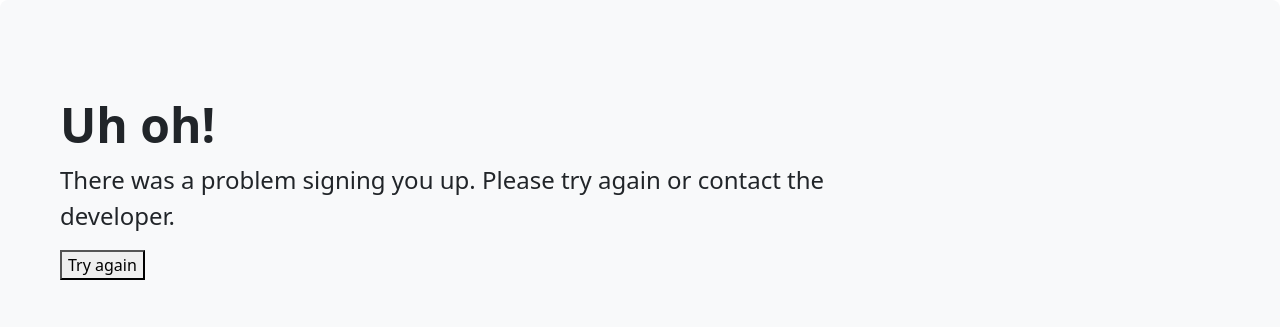
Repository: thecoachanna/newsletter-signup
Page: failure.html
These files come from the project's save history. The page is drawn as it stood at one moment and after the next save; the edit follows.
The browser window is 1280 px wide. The pictures show the whole page.

Above is the page before, as saved 2023-05-05 09:30:31.

### failure.html
<!DOCTYPE html>
<html lang="en">
<head>
    <meta charset="UTF-8">
    <meta http-equiv="X-UA-Compatible" content="IE=edge">
    <meta name="viewport" content="width=device-width, initial-scale=1.0">
    <link href="https://cdn.jsdelivr.net/npm/bootstrap@5.3.0-alpha3/dist/css/bootstrap.min.css" rel="stylesheet"
        integrity="sha384-KK94CHFLLe+nY2dmCWGMq91rCGa5gtU4mk92HdvYe+M/SXH301p5ILy+dN9+nJOZ" crossorigin="anonymous">
    <title>Failure</title>
</head>
<body>
    <div class="p-5 mb-4 bg-body-tertiary rounded-3">
        <div class="container-fluid py-5">
          <h1 class="display-5 fw-bold">Uh oh!</h1>
          <p class="col-md-8 fs-4">There was a problem signing you up. Please try again or contact the developer.</p>

          <form action="/failure" method="post">
            <button>Try again</button>
          </form>

        </div>
      </div>
</body>
</html>

After the next save:
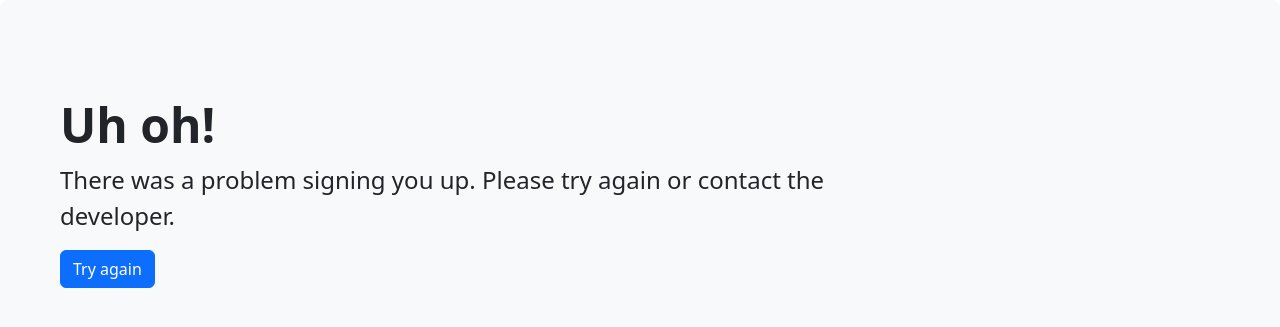
Saved 11 s later.
--- a/failure.html
+++ b/failure.html
@@ -15,7 +15,7 @@
           <p class="col-md-8 fs-4">There was a problem signing you up. Please try again or contact the developer.</p>
 
           <form action="/failure" method="post">
-            <button>Try again</button>
+            <button class="btn btn-primary">Try again</button>
           </form>
 
         </div>
